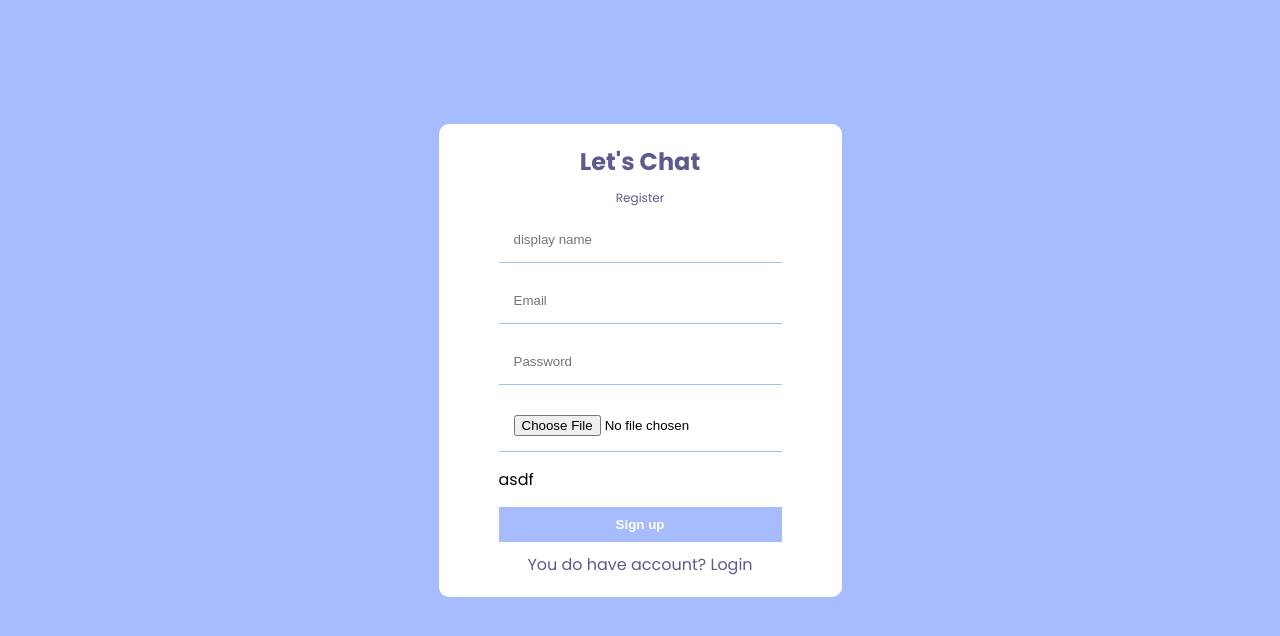
Repository: shikubro90/chatapp
Page: /
An editor plug-in stored every save of this project. The page is shown before and after a run of saves, followed by the edit.
The browser window is 1280 px wide. The pictures show the whole page.
The project was rebuilt for these pictures with package versions that can differ from the ones it lists, and the page was loaded fresh each time.

Above is the page before, as saved 2022-09-08 15:46:08.

After the next 7 saves:
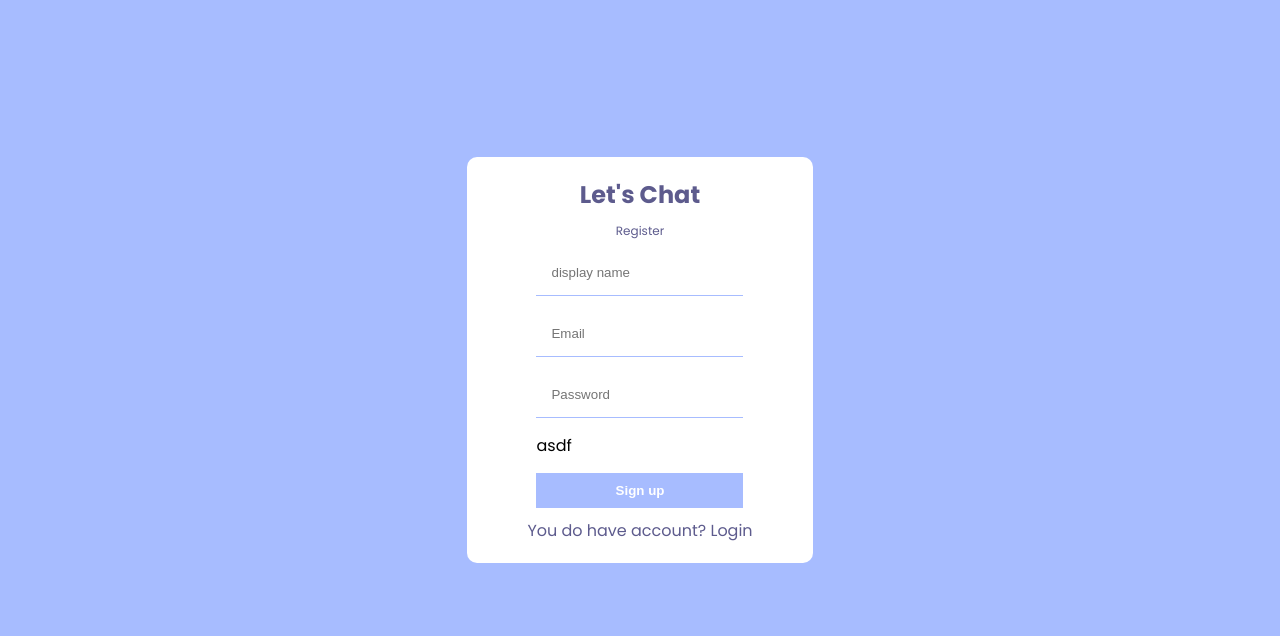
The 7 saves are shown as one change because 2 did not build or start and some came seconds apart.
The last was saved 2 min 33 s later.
--- a/src/pages/Register.jsx
+++ b/src/pages/Register.jsx
@@ -12,7 +12,7 @@ const Register = () => {
                 <input type="text" placeholder='display name' />
                 <input type="email" placeholder='Email'/>
                 <input type="password" placeholder='Password'/>
-                <input type="file" id="file" />
+                <input type="file" style={{display:"none"}} id="file" />
                 <label htmlFor="file">
                   asdf
                 </label>
